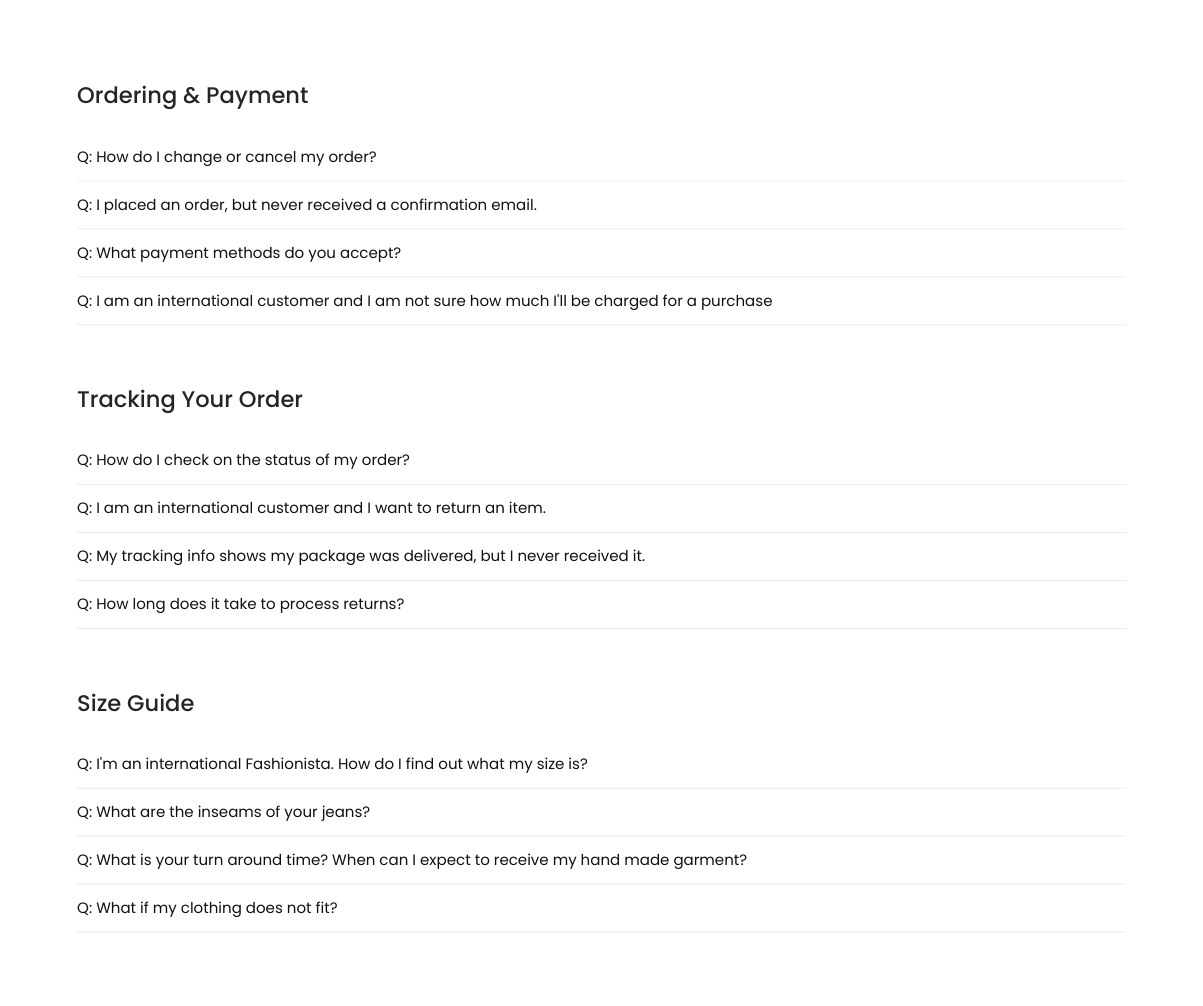
Repository: ST-United-Internship/Modaz-4life
Page: FaQ/FAQ.html
An editor plug-in stored every save of this project. The page is shown before and after the next save, followed by the edit.
The browser window is 1280 px wide. The pictures show the whole page, at 94% of full size.

Above is the page before, as saved 2023-03-22 17:39:34.

### FaQ/FAQ.html
<!DOCTYPE html>
<html lang="en">
<head>
    <meta charset="UTF-8">
    <meta http-equiv="X-UA-Compatible" content="IE=edge">
    <meta name="viewport" content="width=device-width, initial-scale=1.0">
    <link rel="stylesheet" type="text/css" href="FAQ.css" >
    <link rel="stylesheet" href="../css/common.css">
    <link href="https://cdn.jsdelivr.net/npm/bootstrap@5.3.0-alpha1/dist/css/bootstrap.min.css" rel="stylesheet" integrity="sha384-GLhlTQ8iRABdZLl6O3oVMWSktQOp6b7In1Zl3/Jr59b6EGGoI1aFkw7cmDA6j6gD" crossorigin="anonymous">
    <title>Document</title>
</head>
<body class="bodi">
   <!-- <div class="boxed">
    <div class="title-page textImg textImg1" style="background-position: 50% 89px;">
        <div class="container">
            <div class="row">
                <div class="col-md-12">
                    <div class="heading-page">
                    <h1 class="title">FAQ</h1>
                    </div>
                    <div class="breadcrumbs">
                    <ul>
                    <li><a href="index.html">Home</a></li>
                    <li><a href="coming-soon.html">Page</a></li>
                    <li><a href="faqs.html">Faq</a></li>
                    </ul>
                    </div>
                    </div>
            </div>
        </div>
    </div>
   </div>

</div> -->
    <div class="boxed">
        <section class="text-row">
            <div class="container">
                <div class="row">
                    <div class="col-md-12">
                        <div class="over-title">
                            <h2>Ordering & Payment</h2>
                        </div>
                        <div class="over-rise">
                            <div class="over-toggle">
                                <div class="toggle-title">Q: How do I change or cancel my order?</div>
                                <div class="toggle-text">
                                    <p>
                                    We’re super quick at processing orders to make sure that you receive them as soon as possible. You can change your order as much as you like before you click “Check- out” but after this point you will be unable to make changes to your order. Keep in mind our system is designed to fulfill orders as quickly as possible. We cannot cancel or change an order once it has been placed. In such case you can however, return the item to us in accordance with our Returns Policy. If we sent out your package and your items are returned to us (Packages marked "Return to Sender") due to an incorrect/undeliverable address, we will issue a store credit for the net total minus the shipping fee. You will be held responsible for the initial cost of shipping the package.
                                    </p>
                                    </div>
                            </div>
                            <div class="over-toggle">
                                <div class="toggle-title ">Q: I placed an order, but never received a confirmation email.</div>
                                <div class="toggle-text" style="display: block;">
                                    <p>
                                        We’re super quick at processing orders to make sure that you receive them as soon as possible. You can change your order as much as you like before you click “Check- out” but after this point you will be unable to make changes to your order. Keep in mind our system is designed to fulfill orders as quickly as possible. We cannot cancel or change an order once it has been placed. In such case you can however, return the item to us in accordance with our Returns Policy. If we sent out your package and your items are returned to us (Packages marked "Return to Sender") due to an incorrect/undeliverable address, we will issue a store credit for the net total minus the shipping fee. You will be held responsible for the initial cost of shipping the package.
                                    </p>
                                </div>
                            </div>
                            <div class="over-toggle">
                                <div class="toggle-title">Q: What payment methods do you accept?</div>
                                <div class="toggle-text" style="display: block;">
                                    <p>
                                        We’re super quick at processing orders to make sure that you receive them as soon as possible. You can change your order as much as you like before you click “Check- out” but after this point you will be unable to make changes to your order. Keep in mind our system is designed to fulfill orders as quickly as possible. We cannot cancel or change an order once it has been placed. In such case you can however, return the item to us in accordance with our Returns Policy. If we sent out your package and your items are returned to us (Packages marked "Return to Sender") due to an incorrect/undeliverable address, we will issue a store credit for the net total minus the shipping fee. You will be held responsible for the initial cost of shipping the package.
                                    </p>
                                </div>
                            </div>
                            <div class="over-toggle">
                                <div class="toggle-title ">Q: I am an international customer and I am not sure how much I'll be charged for a purchase</div>
                                <div class="toggle-text" style="display: block;">
                                    <p>
                                        We’re super quick at processing orders to make sure that you receive them as soon as possible. You can change your order as much as you like before you click “Check- out” but after this point you will be unable to make changes to your order. Keep in mind our system is designed to fulfill orders as quickly as possible. We cannot cancel or change an order once it has been placed. In such case you can however, return the item to us in accordance with our Returns Policy. If we sent out your package and your items are returned to us (Packages marked "Return to Sender") due to an incorrect/undeliverable address, we will issue a store credit for the net total minus the shipping fee. You will be held responsible for the initial cost of shipping the package.
                                    </p>
                                </div>
                            </div>
                        </div>
                    </div>
                </div>
                <div class="loaded"></div>
                <div class="row">
                    <div class="col-md-12">
                        <div class="over-title">
                            <h2>Tracking Your Order</h2>
                        </div>
                        <div class="over-rise">
                            <div class="over-toggle">
                                <div class="toggle-title ">Q: How do I check on the status of my order?</div>
                                <div class="toggle-text" style="display: block;">
                                    <p>
                                        We’re super quick at processing orders to make sure that you receive them as soon as possible. You can change your order as much as you like before you click “Check- out” but after this point you will be unable to make changes to your order. Keep in mind our system is designed to fulfill orders as quickly as possible. We cannot cancel or change an order once it has been placed. In such case you can however, return the item to us in accordance with our Returns Policy. If we sent out your package and your items are returned to us (Packages marked "Return to Sender") due to an incorrect/undeliverable address, we will issue a store credit for the net total minus the shipping fee. You will be held responsible for the initial cost of shipping the package.
                                    </p>
                                </div>
                            </div>
                            <div class="over-toggle">
                                <div class="toggle-title ">Q: I am an international customer and I want to return an item.</div>
                                <div class="toggle-text" style="display: block;">
                                    <p>
                                        We’re super quick at processing orders to make sure that you receive them as soon as possible. You can change your order as much as you like before you click “Check- out” but after this point you will be unable to make changes to your order. Keep in mind our system is designed to fulfill orders as quickly as possible. We cannot cancel or change an order once it has been placed. In such case you can however, return the item to us in accordance with our Returns Policy. If we sent out your package and your items are returned to us (Packages marked "Return to Sender") due to an incorrect/undeliverable address, we will issue a store credit for the net total minus the shipping fee. You will be held responsible for the initial cost of shipping the package.
                                    </p>
                                </div>
                            </div>
                            <div class="over-toggle">
                                <div class="toggle-title ">Q: My tracking info shows my package was delivered, but I never received it.</div>
                                <div class="toggle-text" style="display: block;">
                                    <p>
                                        We’re super quick at processing orders to make sure that you receive them as soon as possible. You can change your order as much as you like before you click “Check- out” but after this point you will be unable to make changes to your order. Keep in mind our system is designed to fulfill orders as quickly as possible. We cannot cancel or change an order once it has been placed. In such case you can however, return the item to us in accordance with our Returns Policy. If we sent out your package and your items are returned to us (Packages marked "Return to Sender") due to an incorrect/undeliverable address, we will issue a store credit for the net total minus the shipping fee. You will be held responsible for the initial cost of shipping the package.
                                    </p>
                                </div>
                            </div>
                            <div class="over-toggle">
                                <div class="toggle-title ">Q: How long does it take to process returns?</div>
                                <div class="toggle-text" style="display: block;">
                                    <p>
                                        We’re super quick at processing orders to make sure that you receive them as soon as possible. You can change your order as much as you like before you click “Check- out” but after this point you will be unable to make changes to your order. Keep in mind our system is designed to fulfill orders as quickly as possible. We cannot cancel or change an order once it has been placed. In such case you can however, return the item to us in accordance with our Returns Policy. If we sent out your package and your items are returned to us (Packages marked "Return to Sender") due to an incorrect/undeliverable address, we will issue a store credit for the net total minus the shipping fee. You will be held responsible for the initial cost of shipping the package.
                                    </p>
                                </div>
                            </div>
                        </div>
                    </div>
                </div>
                <div class="loaded"></div>
                <div class="row">
                    <div class="col-md-12">
                        <div class="over-title">
                            <h2>Size Guide</h2>
                        </div>
                        <div class="over-rise">
                            <div class="over-toggle">
                                <div class="toggle-title">Q: I'm an international Fashionista. How do I find out what my size is?</div>
                                <div class="toggle-text" style="display: block;">
                                    <p>
                                        We’re super quick at processing orders to make sure that you receive them as soon as possible. You can change your order as much as you like before you click “Check- out” but after this point you will be unable to make changes to your order. Keep in mind our system is designed to fulfill orders as quickly as possible. We cannot cancel or change an order once it has been placed. In such case you can however, return the item to us in accordance with our Returns Policy. If we sent out your package and your items are returned to us (Packages marked "Return to Sender") due to an incorrect/undeliverable address, we will issue a store credit for the net total minus the shipping fee. You will be held responsible for the initial cost of shipping the package.
                                    </p>
                                </div>
                            </div>
                            <div class="over-toggle">
                                <div class="toggle-title ">Q: What are the inseams of your jeans?</div>
                                <div class="toggle-text" style="display: block;">
                                    <p>
                                        We’re super quick at processing orders to make sure that you receive them as soon as possible. You can change your order as much as you like before you click “Check- out” but after this point you will be unable to make changes to your order. Keep in mind our system is designed to fulfill orders as quickly as possible. We cannot cancel or change an order once it has been placed. In such case you can however, return the item to us in accordance with our Returns Policy. If we sent out your package and your items are returned to us (Packages marked "Return to Sender") due to an incorrect/undeliverable address, we will issue a store credit for the net total minus the shipping fee. You will be held responsible for the initial cost of shipping the package.
                                    </p>
                                </div>
                            </div>
                            <div class="over-toggle">
                                <div class="toggle-title ">Q: What is your turn around time? When can I expect to receive my hand made garment?</div>
                                <div class="toggle-text" style="display: block;">
                                    <p>
                                        We’re super quick at processing orders to make sure that you receive them as soon as possible. You can change your order as much as you like before you click “Check- out” but after this point you will be unable to make changes to your order. Keep in mind our system is designed to fulfill orders as quickly as possible. We cannot cancel or change an order once it has been placed. In such case you can however, return the item to us in accordance with our Returns Policy. If we sent out your package and your items are returned to us (Packages marked "Return to Sender") due to an incorrect/undeliverable address, we will issue a store credit for the net total minus the shipping fee. You will be held responsible for the initial cost of shipping the package.
                                    </p>
                                </div>
                            </div>
                            <div class="over-toggle">
                                <div class="toggle-title ">Q: What if my clothing does not fit?</div>
                                <div class="toggle-text" style="display: block;">
                                    <p>
                                        We’re super quick at processing orders to make sure that you receive them as soon as possible. You can change your order as much as you like before you click “Check- out” but after this point you will be unable to make changes to your order. Keep in mind our system is designed to fulfill orders as quickly as possible. We cannot cancel or change an order once it has been placed. In such case you can however, return the item to us in accordance with our Returns Policy. If we sent out your package and your items are returned to us (Packages marked "Return to Sender") due to an incorrect/undeliverable address, we will issue a store credit for the net total minus the shipping fee. You will be held responsible for the initial cost of shipping the package.
                                    </p>
                                </div>
                            </div>
                        </div>
                    </div>
                </div>
            </div>
        </section>
    </div>
  <script src="https://cdn.jsdelivr.net/npm/@popperjs/core@2.11.6/dist/umd/popper.min.js" integrity="sha384-oBqDVmMz9ATKxIep9tiCxS/Z9fNfEXiDAYTujMAeBAsjFuCZSmKbSSUnQlmh/jp3" crossorigin="anonymous"></script>
<script src="https://cdn.jsdelivr.net/npm/bootstrap@5.3.0-alpha1/dist/js/bootstrap.min.js" integrity="sha384-mQ93GR66B00ZXjt0YO5KlohRA5SY2XofN4zfuZxLkoj1gXtW8ANNCe9d5Y3eG5eD" crossorigin="anonymous"></script>

<!--javaScript-->
<script
  src="https://code.jquery.com/jquery-1.12.4.js"
  integrity="sha256-Qw82+bXyGq6MydymqBxNPYTaUXXq7c8v3CwiYwLLNXU="
  crossorigin="anonymous"></script>
<script src="javascript/main.js"></script>
</body>
</html>

### FaQ/FAQ.css

@import "https://fonts.googleapis.com/css?family=Poppins:100,100i,200,200i,300,300i,400,500,600,700|";
@font-face {
    font-family: 'Poppins';
    font-style: italic;
    font-weight: 100;
    src: url(https://fonts.gstatic.com/s/poppins/v20/pxiAyp8kv8JHgFVrJJLmE0tMMPKzSQ.woff2) format('woff2');
}
 .bodi{
    font: 14px/26px "Poppins",sans-serif;
    font-weight: 300;
    background-color: #fff;
    color: #6e6e6e;
 }
.boxed{
    overflow: hidden;
    position: relative;
}
.text-row{
    clear: both;
    display: block;
    position: relative;
    padding: 87px 0 63px 0;
    overflow: hidden;
}

.container{
    position: relative;
    margin: 0 20px;
    /* max-width: 1200px !important; */
}

.loaded{
    clear: both;
    display: block;
    height: 49px;
}

.over-title{
    margin-bottom: 40px;
}

.over-title > h2{
    font-size: 24px;
    line-height: 30px;
    color: #252525;
    font-family: "Poppins",sans-serif;;
}

.over-rise .over-toggle{
    margin-bottom: 15px;
}

.over-rise .over-toggle .toggle-title{
    font-size: 16px;
    line-height: 20px;
    font-weight: 400;
    color: #111;
    border-bottom: 1px solid #ebebeb;
    padding-bottom: 15px;
    margin-bottom: 11px;
    cursor: pointer;
}

.over-rise .over-toggle .toggle-text{
    border-bottom: 1px solid #ebebeb;
    padding-bottom: 14px;
}

.over-rise .over-toggle .toggle-text p{
    line-height: 24px;
    margin-bottom: 25px;
    font-size: 14px;
    filter: contrast(1%);
    font-family: "Poppins",sans-serif;
}

### css/common.css
.my-container {
  width: 80%;
  margin: auto;
}

*,
*::before,
*::after {
  box-sizing: border-box;
}

/*Ipad ngang(1024 x 768)*/
@media screen and (max-width: 1024px) {
  .my-container {
    width: 75%;
  }
}

/*Ipad dọc(768 x 1024)*/
@media screen and (max-width: 768px) {
  .my-container {
    width: 85%;
  }
}

/*Tablet nhỏ(480 x 640)*/
@media screen and (max-width: 480px) {
  .my-container {
    width: 95%;
  }
}
/*Iphone(480 x 640)*/
@media screen and (max-width: 320px) {
  .my-container {
    width: 95%;
  }
}
/*Smart phone nhỏ*/
@media screen and (max-width: 240px) {
  .my-container {
    width: 95%;
  }
}
/* Smart watch */
@media screen and (max-width: 240px) {
  .my-container {
    width: 100%;
  }
  body {
    margin: 0;
  }
}

### FaQ/javascript/main.js

;(function($) {

//    'use strict'
    var flatAccordion = function() {
      var speed= {duration: 600};
      $('.toggle-text').hide();
      $('.over-rise .toggle-title.active').siblings('.toggle-text').show();

      $('.over-rise .toggle-title').on('click', function(){
        if(!$(this).is('.active')) {
          $(this).closest('.over-rise').find('.toggle-title.active').toggleClass('active').next().slideToggle(speed);
          $(this).toggleClass('active');
          $(this).next().slideToggle(speed);
        }else {
          $(this).toggleClass('active');
          $(this).next().slideToggle(speed);
        }
      });
    };

	$(function() {
      flatAccordion();
   	});
})(jQuery);

After the next save:
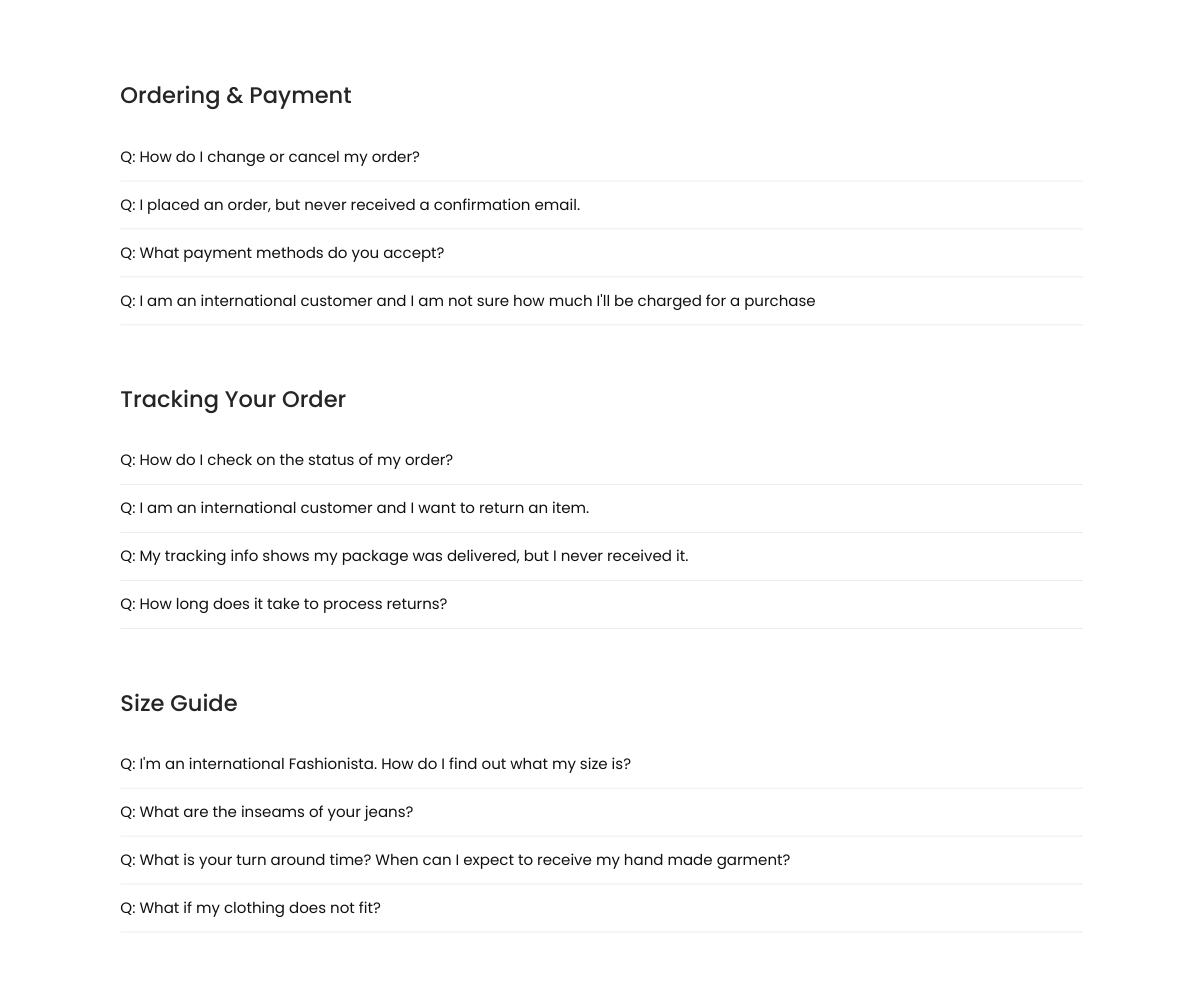
Saved 4 s later.
--- a/FaQ/FAQ.html
+++ b/FaQ/FAQ.html
@@ -34,7 +34,7 @@
 </div> -->
     <div class="boxed">
         <section class="text-row">
-            <div class="container">
+            <div class="my-container">
                 <div class="row">
                     <div class="col-md-12">
                         <div class="over-title">
